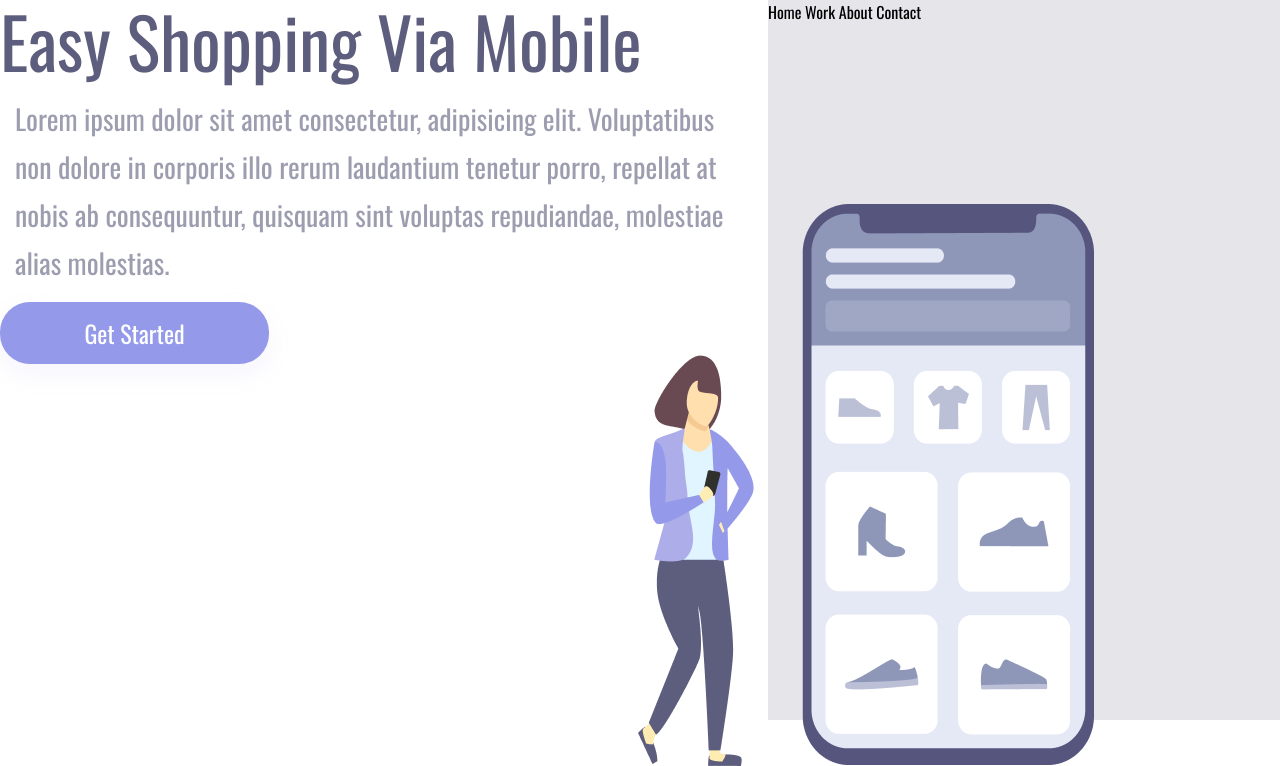
Repository: DihOliver/Projeto-Responsivo
Page: index.html
An editor plug-in stored every save of this project. The page is shown before and after the next save, followed by the edit.
The browser window is 1280 px wide. The pictures show the whole page.
Some web fonts or font styles are not loaded; a fallback is used.

Above is the page before, as saved 2023-06-06 22:34:41.

### index.html
<!DOCTYPE html>
<html lang="en">
  <head>
    <meta charset="UTF-8" />
    <meta http-equiv="X-UA-Compatible" content="IE=edge" />
    <meta name="viewport" content="width=device-width, initial-scale=1.0" />
    <link rel="stylesheet" href="./styles.css" />
    <link rel="preconnect" href="https://fonts.googleapis.com" />
    <link rel="preconnect" href="https://fonts.gstatic.com" crossorigin />
    <link
      href="https://fonts.googleapis.com/css2?family=Montserrat:ital,wght@0,500;0,600;0,700;0,900;1,400&family=Oswald&family=Poppins:wght@400;500;700&family=Roboto:wght@400;500;700&family=Tilt+Prism&display=swap"
      rel="stylesheet"
    />
    <title>Css - Responsividade</title>
  </head>
  <body>
    <div class="wrapper">
      <section class="container-left">
        <h1>Easy Shopping Via Mobile</h1>
        <p>
          Lorem ipsum dolor sit amet consectetur, adipisicing elit. Voluptatibus
          non dolore in corporis illo rerum laudantium tenetur porro, repellat
          at nobis ab consequuntur, quisquam sint voluptas repudiandae,
          molestiae alias molestias.
        </p>
        <button>Get Started</button>
      </section>
      <section class="container-rigth">
        <header>
          <a>Home</a>
          <a>Work</a>
          <a>About</a>
          <a>Contact</a>
        </header>
        <img alt="Girl=cellphone.png" src="./img/girl-cellphone.png" />
      </section>
    </div>
  </body>
</html>

### styles.css
*{
    margin: 0;
    padding: 0;
    box-sizing: border-box;
    font-family: 'Oswald', sans-serif;
    font-weight: 400;
}

.wrapper {
    height: 100vh;
    width: 100vw;
}

.container-left {
    display: inline-block;
    width: 60%;

}

.container-rigth {
    display: inline-block;
    background-color: rgba(93,93,125,0.16);
    height: 100vh;
    width: 40% ;
    position: absolute;

}

img {
    position: relative;
    top: 25%;
    right: 130px;
}

h1 {
    font-weight: 400;
    font-size: 70px;
    line-height: 80px;
    color: #5D5D7D;
}

p {
    font-size: 28px;
    line-height: 48px;
    color: #5D5D7D;
    opacity: 0.6;
    margin: 15px;
}

button {
    width: 269px;
    height: 62px;
    background: #9499EA;
    font-size: 24px;
    line-height: 36px;
    text-align: center;
    box-shadow: 0px 10px 24px rgba(148, 153, 234, 0.0979959);
    color: #FFFFFF;
    border: none;
    border-radius: 30px;
    cursor: pointer;
    }

    button:hover {
        opacity: .8;
    }

    button:active {
        opacity: .5;
    }

After the next save:
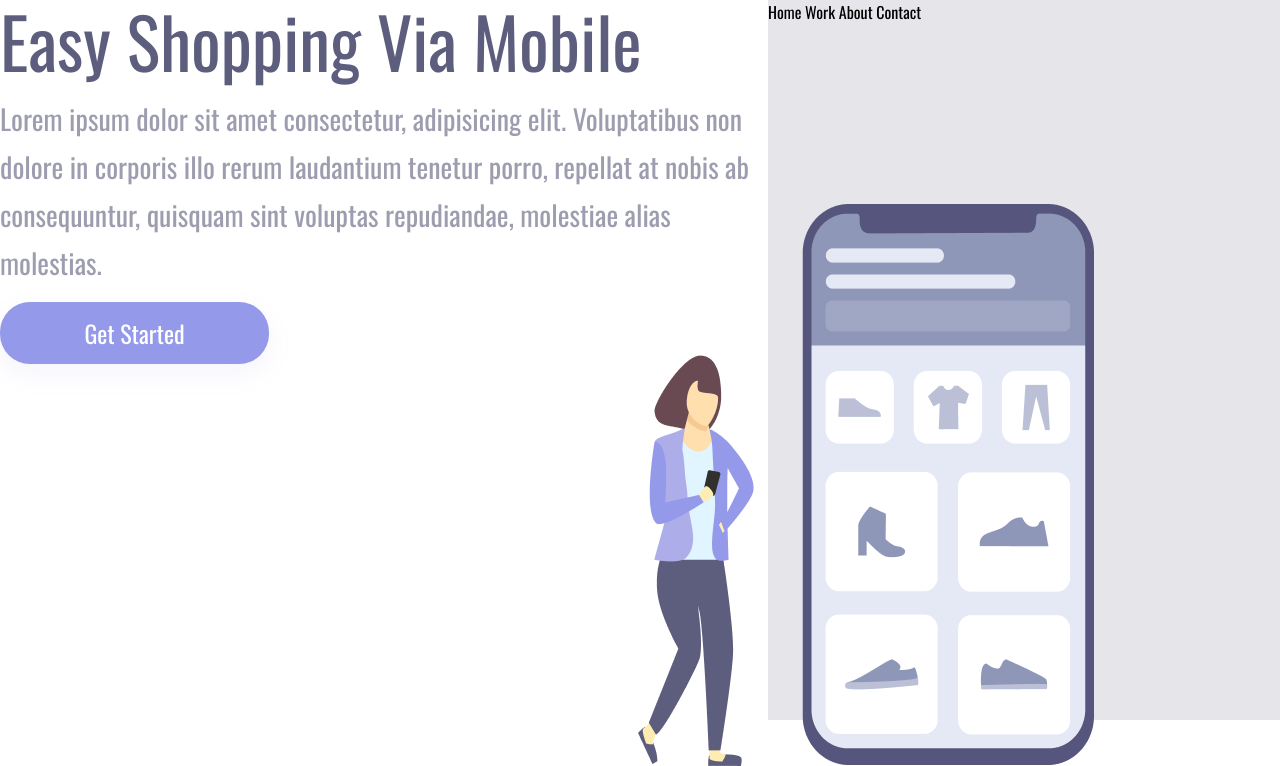
Saved 22 s later.
--- a/styles.css
+++ b/styles.css
@@ -44,7 +44,7 @@ p {
     line-height: 48px;
     color: #5D5D7D;
     opacity: 0.6;
-    margin: 15px;
+    margin: 15px 0;
 }
 
 button {
